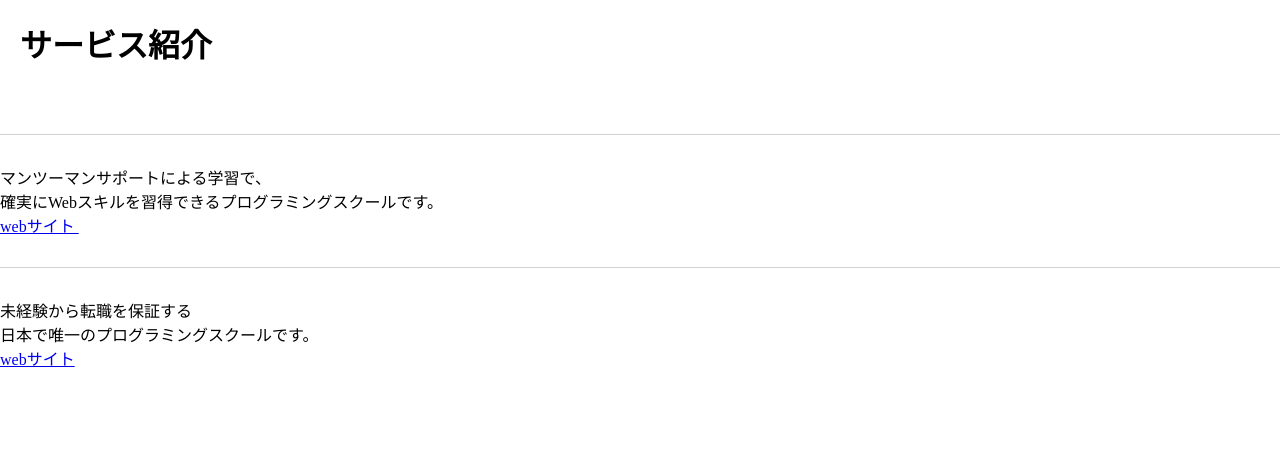
Repository: yesohnuki/shinya-ohnuki
Page: caravan/7.html
The author's editor kept a record of every edit. The page is drawn from the files as they stood at one moment, then again after the next edit.
The browser window is 1280 px wide. The pictures show the whole page.

Above is the page before.

### caravan/7.html
<!DOCTYPE html>
<html lang="ja">
  <head>
    <meta charset="UTF-8" />
    <link rel="stylesheet" href="7.css" />
    <title>CARAVAN</title>
  </head>

  <body>
    <main-visual>
      <h1 class="headline">
        サービス紹介
      </h1>
    </headlinemain-visual

    <main>
      <img class="wc=logo.png"></img>
      <div class="service1"></div>
      マンツーマンサポートによる学習で、<br>
      確実にWebスキルを習得できるプログラミングスクールです。</br>
      <a href="index.html">
          webサイト
        </a>
        <img class="wc-iong.png"></img>
        <div class="service2"></div>
        未経験から転職を保証する<br>
        日本で唯一のプログラミングスクールです。</br>
        <a href="index.html">
          webサイト
    </main>

### caravan/7.css
* {
  margin: 0;
  padding: 0;
  box-sizing: border-box;
}

.main-visual {
  height: 400px;
  width: 100%;
  background-image: url(img/mv.jpg);
  background-size: cover;
  background-position: bottom;
}

.headline {
  padding: 20px;
}

main {
  width: 840px;
  margin: 50px auto;
}

.service1 {
  margin-bottom: 30px;
  border-bottom: 1px solid #d1d1d1;
  padding-bottom: 30px;
}

.service2 {
  margin-bottom: 30px;
  border-bottom: 1px solid #d1d1d1;
  padding-bottom: 30px;
}

.service3 {
  margin-bottom: 30px;
  border-bottom: 1px solid #d1d1d1;
  padding-bottom: 30px;
}

.service4 {
  border-bottom: 1px solid #d1d1d1;
  padding-bottom: 30px;
}

After the next edit:
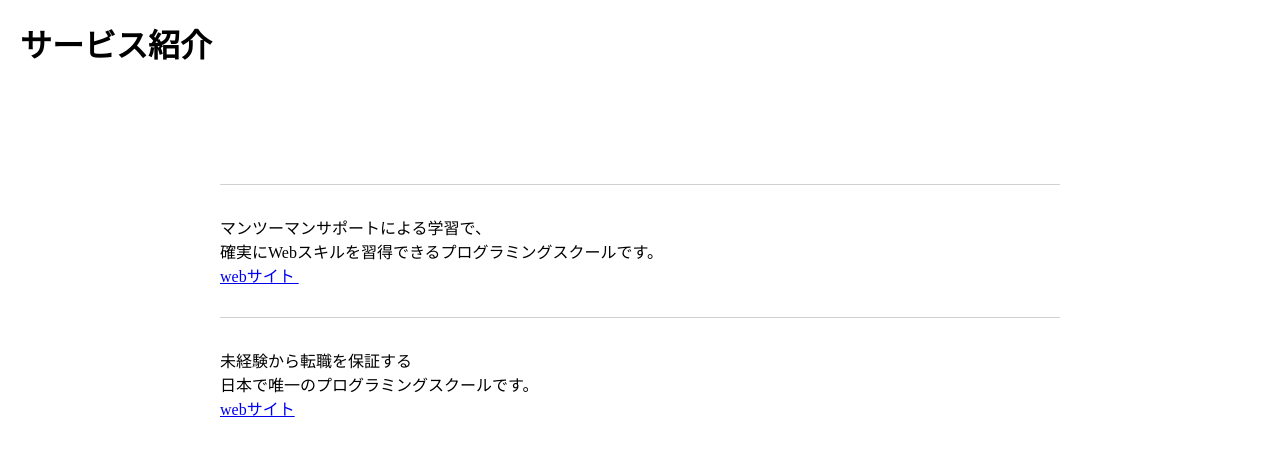
The edit:
--- a/caravan/7.html
+++ b/caravan/7.html
@@ -11,7 +11,7 @@
       <h1 class="headline">
         サービス紹介
       </h1>
-    </headlinemain-visual
+    </main-visual>
 
     <main>
       <img class="wc=logo.png"></img>
